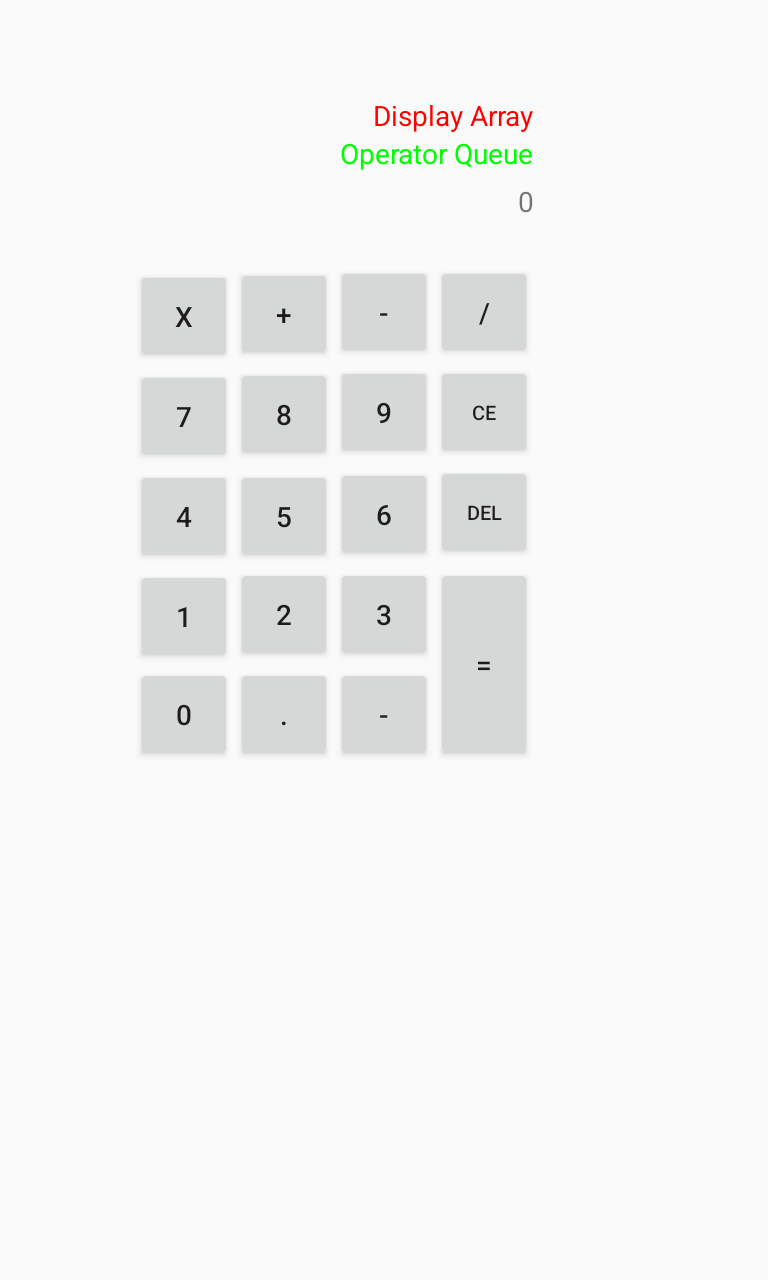
Repository: expensivecow/Calculator
Layout: Calculator_Implementation/res/layout/activity_main.xml
These files come from the project's save history. The layout is drawn as it stood at one moment and after the next save; the edit follows.
It is drawn on a 768 x 1280 px phone screen (xhdpi) without system bars, with theme AppTheme; the app's code is not run.

Above is the layout before, as saved 2014-10-08 19:04:03.

After the next save:
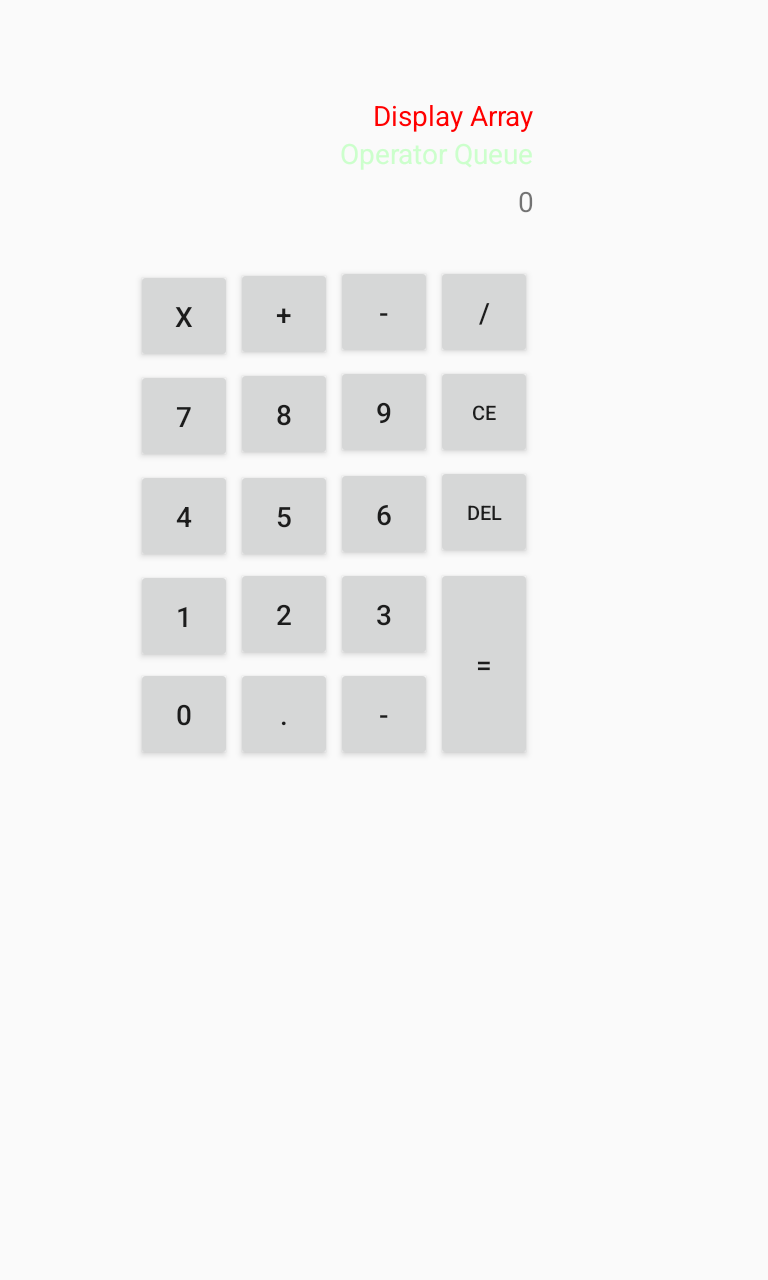
Saved 12 s later.
--- a/Calculator_Implementation/res/layout/activity_main.xml
+++ b/Calculator_Implementation/res/layout/activity_main.xml
@@ -196,7 +196,7 @@
         android:layout_height="wrap_content"
         android:layout_alignRight="@+id/DisplayResult"
         android:layout_below="@+id/DisplayArray"
-        android:textColor="#00FF00"
+        android:textColor="#CCFFCC"
         android:text="@string/Operators" />
 
 </RelativeLayout>
